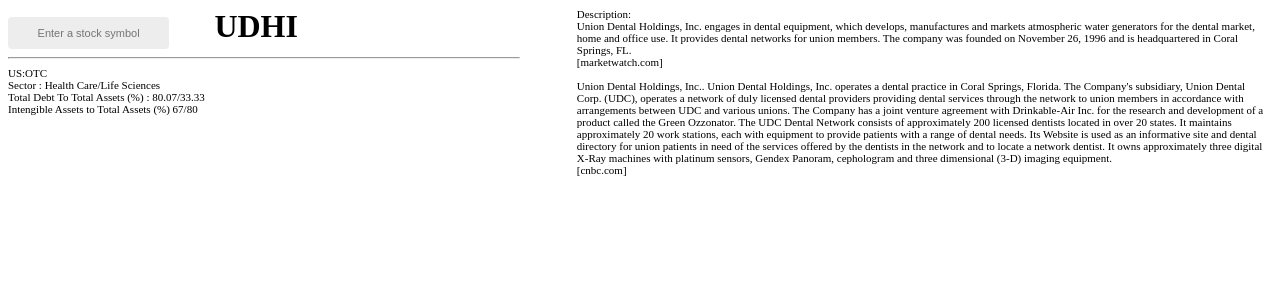
Repository: hadi4172/halal-stock-scanner
Page: popup.html
An editor plug-in stored every save of this project. The page is shown before and after the next save, followed by the edit.
The browser window is 1280 px wide. The pictures show the whole page.

Above is the page before, as saved 2020-09-24 18:43:07.

### popup.html
<!DOCTYPE html>
<html>

<head>
    <title>Halal Stock Scanner</title>
    <meta charset="UTF-8">
    <link rel="stylesheet" href="SimpleBar/simplebar.css" />
    <link rel="stylesheet" href="font-awesome/font-awesome.min.css">
    <link rel="stylesheet" type="text/css" href="popup.css">
    <script src="popup.js"></script>
    <script src="SimpleBar/simplebar.min.js"></script>
</head>

<body>
    <div id=left>
        <input id=input type=text maxlength=5 placeholder="Enter a stock symbol" />
        <i id=search-btn class="fa fa-search fa-lg"></i>
        <i id=settings-btn class="fa fa-cog fa-lg"></i>
        <span id=symbol>UDHI</span>
        <i id=icon-is-correct-or-no class="fa fa-exclamation-triangle fa-2x"></i>
        <div style="width:90%">
            <hr>
            <div id=market class=info>US:OTC</div>
            <div id=sector class=info>Sector : Health Care/Life Sciences</div>
            <div id=debt-to-assets class=info>Total Debt To Total Assets (%) : 80.07/33.33</div>
            <div id=intengible-assets-to-total-assets class=info>Intengible Assets to Total Assets (%) 67/80 </div>
        </div>
    </div>

    <div id=right>
        <div id=description data-simplebar>
            Description: <br />
            Union Dental Holdings, Inc. engages in dental equipment, which develops, manufactures and markets
            atmospheric water generators for the dental market, home and office use. It provides dental networks for
            union members. The company was founded on November 26, 1996 and is headquartered in Coral Springs, FL.<br />
            [marketwatch.com]<br /><br />
            Union Dental Holdings, Inc.. Union Dental Holdings, Inc. operates a dental practice in Coral Springs,
            Florida. The Company's subsidiary, Union Dental Corp. (UDC), operates a network of duly licensed dental
            providers providing dental services through the network to union members in accordance with arrangements
            between UDC and various unions. The Company has a joint venture agreement with Drinkable-Air Inc. for the
            research and development of a product called the Green Ozzonator. The UDC Dental Network consists of
            approximately 200 licensed dentists located in over 20 states. It maintains approximately 20 work stations,
            each with equipment to provide patients with a range of dental needs. Its Website is used as an informative
            site and dental directory for union patients in need of the services offered by the dentists in the network
            and to locate a network dentist. It owns approximately three digital X-Ray machines with platinum sensors,
            Gendex Panoram, cephologram and three dimensional (3-D) imaging equipment.<br />
            [cnbc.com]
        </div>
    </div>
</body>

</html>

### SimpleBar/simplebar.css
[data-simplebar] {
  position: relative;
  flex-direction: column;
  flex-wrap: wrap;
  justify-content: flex-start;
  align-content: flex-start;
  align-items: flex-start;
}

.simplebar-wrapper {
  overflow: hidden;
  width: inherit;
  height: inherit;
  max-width: inherit;
  max-height: inherit;
}

.simplebar-mask {
  direction: inherit;
  position: absolute;
  overflow: hidden;
  padding: 0;
  margin: 0;
  left: 0;
  top: 0;
  bottom: 0;
  right: 0;
  width: auto !important;
  height: auto !important;
  z-index: 0;
}

.simplebar-offset {
  direction: inherit !important;
  box-sizing: inherit !important;
  resize: none !important;
  position: absolute;
  top: 0;
  left: 0;
  bottom: 0;
  right: 0;
  padding: 0;
  margin: 0;
  -webkit-overflow-scrolling: touch;
}

.simplebar-content-wrapper {
  direction: inherit;
  box-sizing: border-box !important;
  position: relative;
  display: block;
  height: 100%; /* Required for horizontal native scrollbar to not appear if parent is taller than natural height */
  width: auto;
  visibility: visible;
  max-width: 100%; /* Not required for horizontal scroll to trigger */
  max-height: 100%; /* Needed for vertical scroll to trigger */
  scrollbar-width: none;
  -ms-overflow-style: none;
}

.simplebar-content-wrapper::-webkit-scrollbar,
.simplebar-hide-scrollbar::-webkit-scrollbar {
  width: 0;
  height: 0;
}

.simplebar-content:before,
.simplebar-content:after {
  content: ' ';
  display: table;
}

.simplebar-placeholder {
  max-height: 100%;
  max-width: 100%;
  width: 100%;
  pointer-events: none;
}

.simplebar-height-auto-observer-wrapper {
  box-sizing: inherit !important;
  height: 100%;
  width: 100%;
  max-width: 1px;
  position: relative;
  float: left;
  max-height: 1px;
  overflow: hidden;
  z-index: -1;
  padding: 0;
  margin: 0;
  pointer-events: none;
  flex-grow: inherit;
  flex-shrink: 0;
  flex-basis: 0;
}

.simplebar-height-auto-observer {
  box-sizing: inherit;
  display: block;
  opacity: 0;
  position: absolute;
  top: 0;
  left: 0;
  height: 1000%;
  width: 1000%;
  min-height: 1px;
  min-width: 1px;
  overflow: hidden;
  pointer-events: none;
  z-index: -1;
}

.simplebar-track {
  z-index: 1;
  position: absolute;
  right: 0;
  bottom: 0;
  pointer-events: none;
  overflow: hidden;
}

[data-simplebar].simplebar-dragging .simplebar-content {
  pointer-events: none;
  user-select: none;
  -webkit-user-select: none;
}

[data-simplebar].simplebar-dragging .simplebar-track {
  pointer-events: all;
}

.simplebar-scrollbar {
  position: absolute;
  left: 0;
  right: 0;
  min-height: 10px;
}

.simplebar-scrollbar:before {
  position: absolute;
  content: '';
  background: black;
  border-radius: 7px;
  left: 2px;
  right: 2px;
  opacity: 0;
  transition: opacity 0.2s linear;
}

.simplebar-scrollbar.simplebar-visible:before {
  /* When hovered, remove all transitions from drag handle */
  opacity: 0.5;
  transition: opacity 0s linear;
}

.simplebar-track.simplebar-vertical {
  top: 0;
  width: 11px;
}

.simplebar-track.simplebar-vertical .simplebar-scrollbar:before {
  top: 2px;
  bottom: 2px;
}

.simplebar-track.simplebar-horizontal {
  left: 0;
  height: 11px;
}

.simplebar-track.simplebar-horizontal .simplebar-scrollbar:before {
  height: 100%;
  left: 2px;
  right: 2px;
}

.simplebar-track.simplebar-horizontal .simplebar-scrollbar {
  right: auto;
  left: 0;
  top: 2px;
  height: 7px;
  min-height: 0;
  min-width: 10px;
  width: auto;
}

/* Rtl support */
[data-simplebar-direction='rtl'] .simplebar-track.simplebar-vertical {
  right: auto;
  left: 0;
}

.hs-dummy-scrollbar-size {
  direction: rtl;
  position: fixed;
  opacity: 0;
  visibility: hidden;
  height: 500px;
  width: 500px;
  overflow-y: hidden;
  overflow-x: scroll;
}

.simplebar-hide-scrollbar {
  position: fixed;
  left: 0;
  visibility: hidden;
  overflow-y: scroll;
  scrollbar-width: none;
  -ms-overflow-style: none;
}

### popup.css
/* * {
    border: 1px black dotted;
} */

body{
    display:flex;
}

#right{
    width:55%
}

#left{
    width:45%
}

#description{
    height: 90vh;
}

#input{
    max-width: 60%;
    font-size: 11px;
    border: none;
    background: hsl(0 0% 93%);
    border-radius: .25rem;
    padding: .6rem;
}

::placeholder {
    text-align: center;
}

#description{
    font-size: 11px;
}

#symbol{
    font-size: 2em;
    font-weight: bolder;
}

.info{
    font-size: 11px;
}

Loaded but not shown: font-awesome/font-awesome.min.css (library); SimpleBar/simplebar.min.js (library); popup.js (no copy from this time; the picture is the same without it)

After the next save:
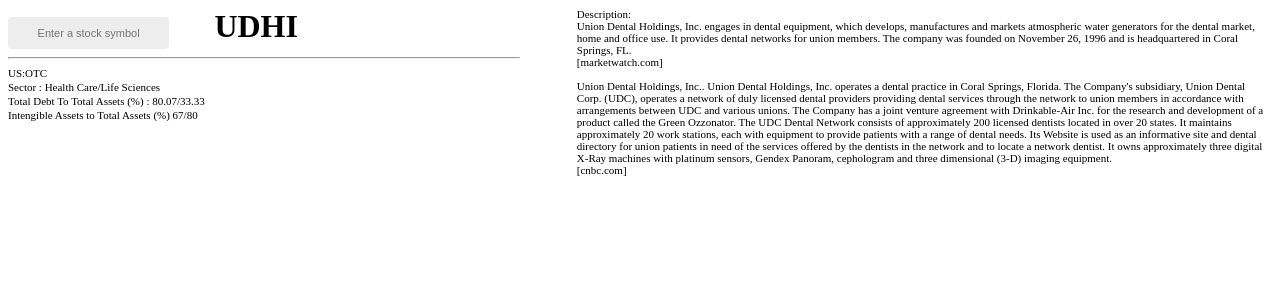
Saved 55 s later.
--- a/popup.css
+++ b/popup.css
@@ -42,4 +42,5 @@
 
 .info{
     font-size: 11px;
+    margin-bottom: 2px;
 }
